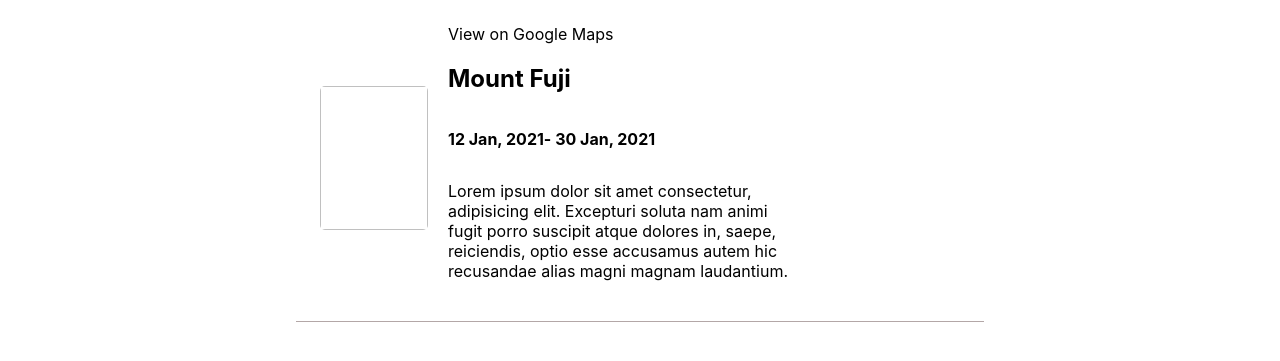
Repository: BuduCE/travel-journal
Page: /
The author's editor kept a copy of each file at every save. The page is drawn from the files as they stood at one save, then again after a run of saves.
The browser window is 1280 px wide. The pictures show the whole page.
The project was rebuilt for these pictures with package versions that can differ from the ones it lists, and the page was loaded fresh each time. Also part of the build but not shown: src/data.js, src/components/Home/styles.css, src/components/Home/index.jsx.

Above is the page before, as saved 2022-08-25 12:03:22.

### src/App.js
import './App.css';
import Home from './components/Home';
import Tour from './components/Tour';

function App() {
  return (
    <div className="App">
      {/* <Home /> */}
      <Tour />
    </div>
  );
}

export default App;

### src/components/Tour/index.jsx
import './styles.css'
import camp from './camp.jpg'

const Tour = (props) => {
  return (
    <div className='Tour'>
      {/* Section 1 */}
      <div className="tour-img">
        {/* <img src={camp} alt="" /> */}
        <img src={props.image} alt="" />
      </div>

      {/* Section 2 */}
      <div className="tour-info">
        <div className="tour-loc">
          <img src="" alt="" />
          <span>{props.location}</span>
          <a href={props.googleMapsUrl}>View on Google Maps</a>
        </div>
        <h2>Mount Fuji</h2>
        <div className="tour-data">
          <p><b>12 Jan, 2021</b></p>
          <p><b>- 30 Jan, 2021</b></p>
        </div>

        <p className='tour-desc'>
          Lorem ipsum dolor sit amet consectetur, adipisicing elit. Excepturi soluta nam animi fugit porro suscipit atque dolores in, saepe, reiciendis, optio esse accusamus autem hic recusandae alias magni magnam laudantium.
        </p>
      </div>

    </div>
  )
}

export default Tour

### src/components/Tour/styles.css
.Tour{
    width: 50%;
    margin: auto;
    display: grid;
    grid-template-columns: 1fr 4fr;
    padding: 24px;
    align-items: center;
    border-bottom: 1px solid #b3a7a7;
}
.tour-img{
    margin-right: 20px;
}
.tour-img > img{
    width: 100%;
    height: 20vh;
    border-radius: 5px;
}
.tour-data{
    display: flex;
}
.tour-desc{
    width: 70%;
}

Loaded but not shown: public/index.html (common file); src/index.js (common file); src/index.css (common file); src/reportWebVitals.js (common file); src/App.css (common file)

After the next 2 saves:
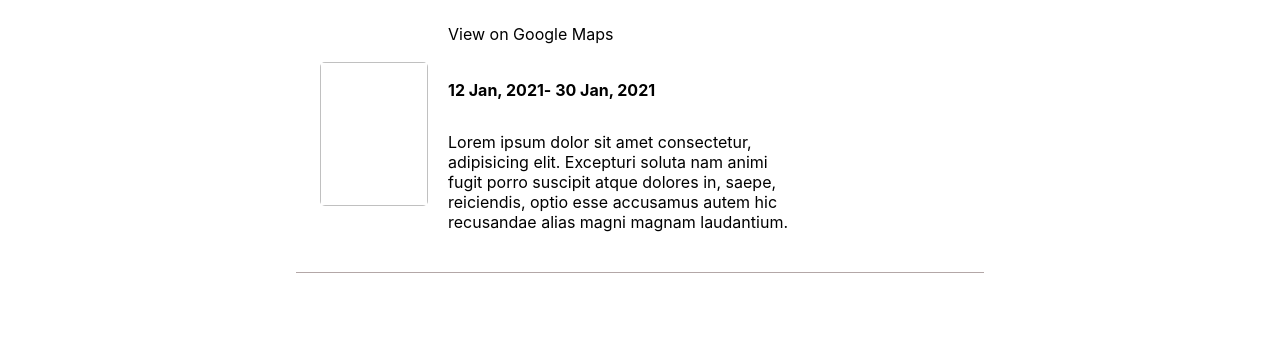
The 2 saves are shown as one change because they came seconds apart.
The last was saved 16 s later.
--- a/src/components/Tour/index.jsx
+++ b/src/components/Tour/index.jsx
@@ -17,7 +17,7 @@
           <span>{props.location}</span>
           <a href={props.googleMapsUrl}>View on Google Maps</a>
         </div>
-        <h2>Mount Fuji</h2>
+        <h2>{}</h2>
         <div className="tour-data">
           <p><b>12 Jan, 2021</b></p>
           <p><b>- 30 Jan, 2021</b></p>
